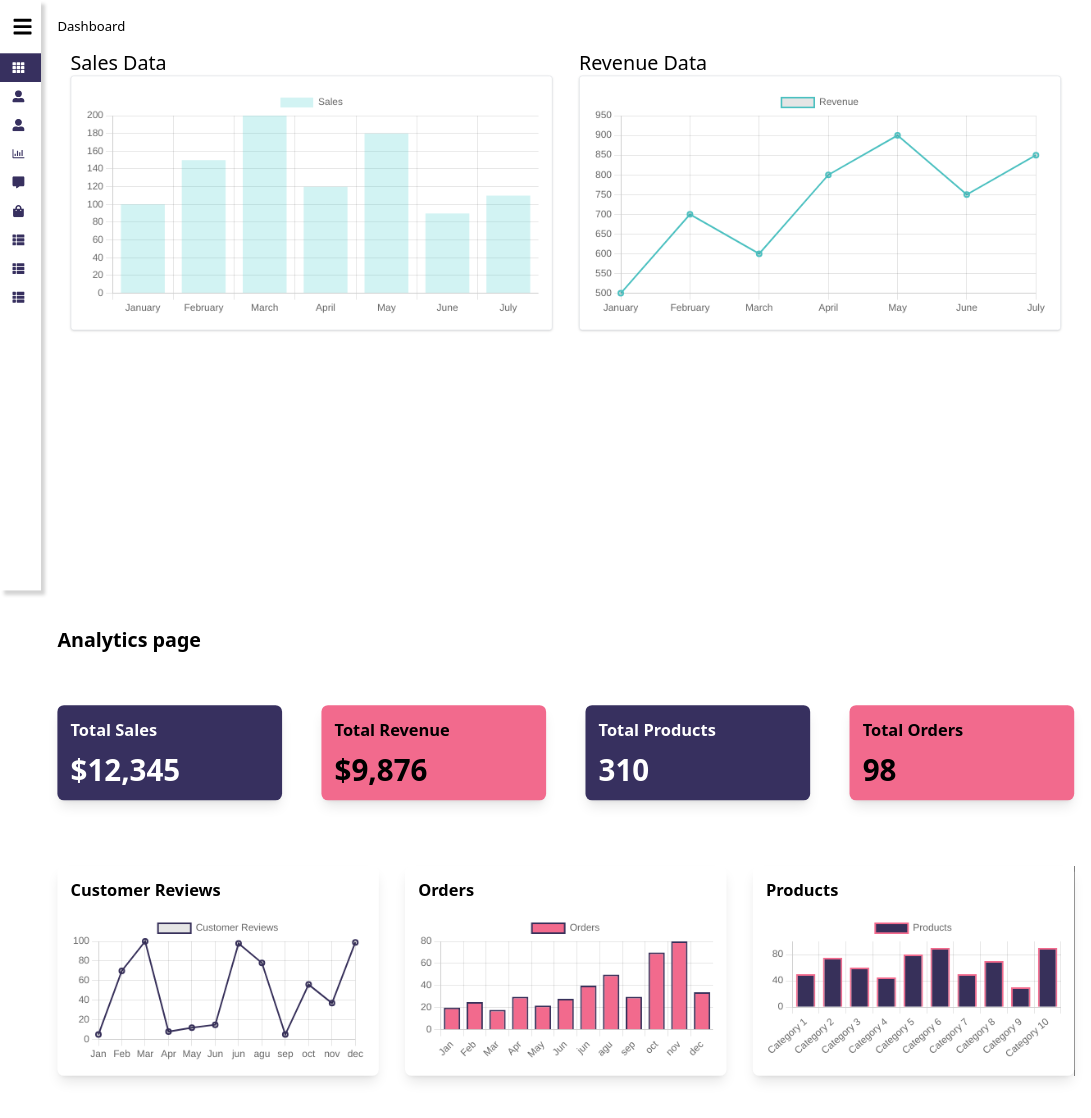
Repository: AndargWorku12/admin-dashboard
Page: /
An editor plug-in stored every save of this project. The page is shown before and after the next save, followed by the edit.
The browser window is 1280 px wide. The page is 1330 px wide, so the pictures cover 1330 px, including what lies to the right of the window. The pictures show the whole page, at 82% of full size.
The project was rebuilt for these pictures with package versions that can differ from the ones it lists, and the page was loaded fresh each time. Also part of the build but not shown: src/styles/orders.css, src/pages/OrderTable.tsx, src/pages/OrderModal.tsx, src/pages/Orders.tsx, src/pages/CategoryDropdown.tsx, src/pages/CategoryModal.tsx, src/pages/CategoryPage.tsx, src/styles/login.css and 9 more.

Above is the page before, as saved 2024-02-02 03:11:54.

### src/index.tsx
import { ColorModeScript } from "@chakra-ui/react"
import * as React from "react"
import * as ReactDOM from "react-dom/client"
import App from "./App"
import './index.css'

const container = document.getElementById("root")
if (!container) throw new Error('Failed to find the root element');
const root = ReactDOM.createRoot(container)

root.render(

  <React.StrictMode>
    <ColorModeScript />
    <App />
  </React.StrictMode>,

)

### src/App.tsx

import React, {useState} from 'react';
import { BrowserRouter, Route, Routes } from 'react-router-dom';
import Sidebar from './components/Sidebar';
import Dashboard from './pages/Dashboard';
// import SignUpForm from './pages/LoginPopup'
import Orders from './pages/Orders';
import Category from './pages/CategoryPage';
import Login from './pages/Login'
import Analytics from './pages/Analytics';
import CustemerReview from './pages/CustemerReview';
import ProductList from './pages/ProductList';
import ShopCard from './pages/ShopCard';
import './App.css'
import SignUpForm from './pages/SignUpForm';
import ForgotPassword from './pages/ForgetPassword';
import AnalyticsPage from './pages/Analytics';



type SaleData = {
  date: string;
  amount: number;
};

type RevenueData = {
  month: string;
  revenue: number;
};

type Product = {
    id: string;
    photo: string;
    name: string;
    price: number;
    category: string;
};

type Order = {
    id: string;
    productName: string;
    quantity: number;
    totalPrice: number;

};

type CategoryType = {
  id: string;
  photo:string;
  name: string;
};



// Sample props for components
type DashboardProps = {
  saleData: SaleData[];
  revenueData: RevenueData[];
  // ... other props
};

type AnalyticsProps = {
  salesData: SaleData[];
  // ... other props
};

type ProductProps = {
  products: Product[];
  onUpdate: (productId: string, updatedProduct: Product) => void;

};




type OrderProps = {
  orders: Order[];
  // ... other props
};

type CategoryProps = {
  categories: CategoryType[];
  // ... other props
};







const App: React.FC = () => {


// for the product page to handle
  const [products, setProducts] = useState<Product[]>([


    {
      id: '1',
      photo: 'https://img.ltwebstatic.com/images3_pi/2022/01/10/16417919016a32607182dd11dedeb77e8324b683e8_thumbnail_900x.webp',
      name: 'Product 1',
      price: 29.99,
      category: 'Electronics',
    },
    {
      id: '2',
      photo: 'https://img.ltwebstatic.com/images3_pi/2022/01/10/16417919016a32607182dd11dedeb77e8324b683e8_thumbnail_900x.webp',
      name: 'Product 2',
      price: 49.99,
      category: 'Clothing',
    },
    {
      id: '3',
      photo: 'https://img.ltwebstatic.com/images3_pi/2022/01/10/16417919016a32607182dd11dedeb77e8324b683e8_thumbnail_900x.webp',
      name: 'Product 3',
      price: 9.99,
      category: 'Books',
    },
    {
      id: '4',
      photo: 'https://img.ltwebstatic.com/images3_pi/2022/01/10/16417919016a32607182dd11dedeb77e8324b683e8_thumbnail_900x.webp',
      name: 'Product 4',
      price: 79.99,
      category: 'Home and Kitchen',
    },
    {
      id: '5',
      photo: 'https://img.ltwebstatic.com/images3_pi/2022/01/10/16417919016a32607182dd11dedeb77e8324b683e8_thumbnail_900x.webp',
      name: 'Product 5',
      price: 39.99,
      category: 'Toys',
    },



  ]);

  // Function to handle creating a new product
  const handleCreate = (newProduct: Product) => {
    setProducts((prevProducts) => [...prevProducts, newProduct]);
  };

  // Function to handle updating a product

  const handleUpdate = (productId: string, newName: string, newPrice: number) => {
    setProducts((prevProducts) =>
      prevProducts.map((product) =>
        product.id === productId
          ? { ...product, name: newName, price: newPrice }
          : product
      )
    );
  };



  // Function to handle deleting a product
  const handleDelete = (productId: string) => {
    setProducts((prevProducts) => prevProducts.filter((product) => product.id !== productId));
  };

//  for AnalyticsPage
// for category page


const [categories, setCategories] = useState<CategoryType[]>([
  {
    id: '1',
    photo: 'https://plus.unsplash.com/premium_photo-1661662850226-83c981ed4eba?w=500&auto=format&fit=crop&q=60&ixlib=rb-4.0.3&ixid=M3wxMjA3fDB8MHxzZWFyY2h8MXx8bGFwdG9wJTIwY29tcHV0ZXJ8ZW58MHx8MHx8fDA%3D',
    name: 'Category 1',
  },
  {
    id: '2',
    photo: 'https://plus.unsplash.com/premium_photo-1661662850226-83c981ed4eba?w=500&auto=format&fit=crop&q=60&ixlib=rb-4.0.3&ixid=M3wxMjA3fDB8MHxzZWFyY2h8MXx8bGFwdG9wJTIwY29tcHV0ZXJ8ZW58MHx8MHx8fDA%3D',
    name: 'Category 2',
  },
  {
    id: '3',
    photo: 'https://plus.unsplash.com/premium_photo-1661662850226-83c981ed4eba?w=500&auto=format&fit=crop&q=60&ixlib=rb-4.0.3&ixid=M3wxMjA3fDB8MHxzZWFyY2h8MXx8bGFwdG9wJTIwY29tcHV0ZXJ8ZW58MHx8MHx8fDA%3D',
    name: 'Category 3',
  },
  {
    id: '4',
    photo: 'https://plus.unsplash.com/premium_photo-1661662850226-83c981ed4eba?w=500&auto=format&fit=crop&q=60&ixlib=rb-4.0.3&ixid=M3wxMjA3fDB8MHxzZWFyY2h8MXx8bGFwdG9wJTIwY29tcHV0ZXJ8ZW58MHx8MHx8fDA%3D',
    name: 'Category 4',
  },

]);

// Function to handle creating a new category
// const handleCreateCategory = (newCategory: CategoryType) => {
//   setCategories((prevCategories) => [...prevCategories, newCategory]);
// };
const handleCreateCategory = (newCategory: CategoryType) => {
  // Add the new category to the list of categories
  setCategories((prevCategories) => [...prevCategories, newCategory]);
};

const handleUpdateCategory = (categoryId: string, newName: string) => {
  setCategories((prevCategories) =>
    prevCategories.map((category) =>
      category.id === categoryId ? { ...category, name: newName } : category
    )
  );
};

// Function to handle deleting a category
const handleDeleteCategory = (categoryId: string) => {
  setCategories((prevCategories) => prevCategories.filter((category) => category.id !== categoryId));
};

  const saleData: SaleData[] = [
    { date: '2022-01-01', amount: 100 },
    { date: '2022-01-02', amount: 150 },
    { date: '2022-01-03', amount: 200 },
    { date: '2022-01-04', amount: 120 },
    { date: '2022-01-05', amount: 180 },
    { date: '2022-01-06', amount: 90 },
    { date: '2022-01-07', amount: 110 },
    { date: '2022-01-08', amount: 130 },
    { date: '2022-01-09', amount: 170 },
    { date: '2022-01-10', amount: 160 },
  ];

  const revenueData: RevenueData[] = [
    { month: 'January', revenue: 500 },
    { month: 'February', revenue: 700 },
    { month: 'March', revenue: 600 },
    { month: 'April', revenue: 800 },
    { month: 'May', revenue: 900 },
    { month: 'June', revenue: 750 },
    { month: 'July', revenue: 850 },
    { month: 'August', revenue: 950 },
    { month: 'September', revenue: 700 },
    { month: 'October', revenue: 850 },
  ];


   const [orders, setOrders] = useState<Order[]>([
    {
      id: '1',
      productName: 'Laptop',
      quantity: 2,
      totalPrice: 2000,
    },
    {
      id: '2',
      productName: 'Smartphone',
      quantity: 3,
      totalPrice: 1200,
    },
    {
      id: '3',
      productName: 'Headphones',
      quantity: 1,
      totalPrice: 100,
    },
    {
      id: '4',
      productName: 'Camera',
      quantity: 1,
      totalPrice: 800,
    },

   ]);

  // Function to create a new order
  const handleCreateOrder = (newOrder: Order) => {
    setOrders((prevOrders) => [...prevOrders, newOrder]);
  };

  // Function to delete an order
  const handleDeleteOrder = (orderId: string) => {
    const updatedOrders = orders.filter(order => order.id !== orderId);
    setOrders(updatedOrders);
  };

  // Function to update an order
  const handleUpdateOrder = (orderId: string, updatedOrder: Order) => {
    // Placeholder implementation: Updating the order in the list
    setOrders((prevOrders) =>
      prevOrders.map((order) =>
        order.id === orderId ? { ...order, ...updatedOrder } : order
      )
    );
  };

  return (
    <div>
    <BrowserRouter>
    <Sidebar>
      <Routes>
        <Route path="/" element={<Dashboard saleData={saleData} revenueData={revenueData}  />} />
        <Route path="/dashboard" element={<Dashboard saleData={saleData} revenueData={revenueData}  />} />
       <Route path="/login" element={<Login/>}/>
       <Route path='/forget-password' element={<ForgotPassword/>}/>
        <Route path="/signup" element={<SignUpForm />} />
        <Route path="/review"element={<CustemerReview username="John" joinedDate="2022-01-01" reviewDate="2022-01-15" reviewText="Lorem ipsum" />}
/>

        <Route path="/analytics" element={<Analytics  />} />
        <Route
  path="/product"
  element={<ProductList />}
/>
        <Route path="/shop" element={<ShopCard />} />
        <Route
        path="/orders"
        element={
          <Orders
/>
        }
      />

        <Route
            path="/category"
            element={<Category />}
          />

      </Routes>
    </Sidebar>
  </BrowserRouter>
  </div>
  );
};

export default App;

### src/components/Sidebar.tsx
import React, { useState } from 'react';
import ReactNode from "react";
import {
    FaTh,
    FaBars,
    FaUserAlt,
    FaRegChartBar,
    FaCommentAlt,
    FaShoppingBag,
    FaThList
} from 'react-icons/fa';
import { NavLink, NavLinkProps } from 'react-router-dom';



interface MenuItem {
    path: string;
    name: string;
    icon: JSX.Element;
}

interface SidebarProps {
  children: React.ReactNode;
}
    const Sidebar: React.FC<React.PropsWithChildren<{}>> = ({ children }) => {
    const [isOpen, setIsOpen] = useState(false);

    const toggle = () => setIsOpen(!isOpen);

    const menuItems: MenuItem[] = [
        {
            path: '/',
            name: 'Dashboard',
            icon: <FaTh />,
        },
        {
            path: '/login',
            name: 'Login',
            icon: <FaUserAlt />,
        },
        {
          path: '/signup',
          name: 'Register form',
          icon: <FaUserAlt />,
      },
        {
            path: '/analytics',
            name: 'Analytics',
            icon: <FaRegChartBar />,
        },
        {
            path: '/review',
            name: 'CustemerReview',
            icon: <FaCommentAlt />,
        },
        {
            path: '/product',
            name: 'Product',
            icon: <FaShoppingBag />,
        },
        {
            path: '/category',
            name: 'Category List',
            icon: <FaThList />,
        },
        {
          path: '/orders',
          name: 'Orders',
          icon: <FaThList />,
      },
      {
        path: '/shop',
        name: 'Sample product',
        icon: <FaThList />,
    },
    ];

    return (
        <div className="container">
            <div style={{ width: isOpen ? '200px' : '50px' }} className="sidebar">
                <div className="top_section">
                    <h1 style={{ display: isOpen ? 'block' : 'none' }} className="logo">
                        Logo
                    </h1>
                    <div style={{ marginLeft: isOpen ? '50px' : '0px' }} className="bars">
                        <FaBars onClick={toggle} />
                    </div>
                </div>
                {menuItems.map((item, index) => (
                    <NavLink to={item.path} key={index} className="link"
                    //  activeClassName="active"
                     >
                        <div className="icon">{item.icon}</div>
                        <div style={{ display: isOpen ? 'block' : 'none' }} className="link_text text-sm">
                            {item.name}
                        </div>
                    </NavLink>
                ))}
            </div>
            <main>{children}</main>
        </div>
    );
};

export default Sidebar;

### src/pages/Dashboard.tsx
import React from 'react';
import { Bar, Line } from 'react-chartjs-2';
import {
  Chart as ChartJS,
  CategoryScale,
  LinearScale,
  BarElement,
  PointElement,
  LineElement,
  Title,
  Tooltip,
  Legend,
} from 'chart.js';
import AnalyticsPage from './Analytics';

ChartJS.register(
  CategoryScale,
  LinearScale,
  BarElement,
  PointElement,
  LineElement,
  Title,
  Tooltip,
  Legend
);
// import Chart from 'chart.js/auto';
// Assuming saleData and revenueData are custom types
type SaleData = {
  date: string;
  amount: number;
};

type RevenueData = {
  month: string;
  revenue: number;
};

interface DashboardProps {
  saleData: SaleData[];
  revenueData: RevenueData[];
}

const Dashboard: React.FC<DashboardProps> = ({ saleData, revenueData }) => {
  const barChartData = {
    labels: ['January', 'February', 'March', 'April', 'May', 'June', 'July'],
    datasets: [
      {
        label: 'Sales',
        data: saleData.map((data) => data.amount),
        backgroundColor: 'rgba(34,192,192,0.2)',



      },
    ],
  };

  const lineChartData = {
    labels: ['January', 'February', 'March', 'April', 'May', 'June', 'July'],
    datasets: [
      {
        label: 'Revenue',
        data: revenueData.map((data) => data.revenue),
        fill: false,
        borderColor: 'rgba(75,192,192,1)',
        borderWidth: 2,
        //some thing


      },
    ],
  };

  return (
    <div>
      <h2>Dashboard</h2>
<div className="flex h-screen">
      <div className="flex-1 max-w-screen-md p-4">
        <h3 className="text-2xl">Sales Data</h3>
        <div className="border p-4 bg-white rounded shadow">
        <Bar data={barChartData} />
      </div>
      </div>

      <div className="flex-1 max-w-screen-md p-4">
        <h3 className="text-2xl">Revenue Data</h3>
        <div className="border p-4 bg-white rounded shadow" >
        <Line data={lineChartData} />
        </div>
      </div>
      </div>
      <div>
      <AnalyticsPage/>
      </div>
    </div>
  );
};

export default Dashboard;











// import React from 'react';
// import { Bar, Line } from 'react-chartjs-2';

// interface DashboardProps {
//   saleData: saleData[];
//   revenueData: revenueData[];
// }

// const Dashboard: React.FC<DashboardProps> = ({ saleData, revenueData }) => {
//   const barChartData = {
//     labels: ['January', 'February', 'March', 'April', 'May', 'June', 'July'],
//     datasets: [
//       {
//         label: 'Sales',
//         data: saleData,
//         backgroundColor: 'rgba(75,192,192,0.2)',
//         borderColor: 'rgba(75,192,192,1)',
//         borderWidth: 1,
//       },
//     ],
//   };

//   const lineChartData = {
//     labels: ['January', 'February', 'March', 'April', 'May', 'June', 'July'],
//     datasets: [
//       {
//         label: 'Revenue',
//         data: revenueData,
//         fill: false,
//         borderColor: 'rgba(75,192,192,1)',
//         borderWidth: 2,
//       },
//     ],
//   };

//   return (
//     <div>
//       <h2>Dashboard</h2>

//       <div>
//         <h3>Sales Data</h3>
//         <Bar data={barChartData} />
//       </div>

//       <div>
//         <h3>Revenue Data</h3>
//         <Line data={lineChartData} />
//       </div>
//     </div>
//   );
// };

// export default Dashboard;

### src/pages/Analytics.tsx

// Install dependencies:
// npm install react-chartjs-2 chart.js

import React from 'react';
import { Bar, Line } from 'react-chartjs-2';
import '../styles/analytics.css'
const AnalyticsPage: React.FC = () => {
  // Sample data
  const customerReviewData = {
    labels: ['Jan', 'Feb', 'Mar', 'Apr', 'May', 'Jun','jun','agu','sep','oct','nov','dec'],
    datasets: [
      {
        label: 'Customer Reviews',
        data: [5, 70, 100, 8, 12, 15,98,78,5,56,37,99],
        borderColor: '#37305A',
        borderWidth: 2,
        fill: false,
      },
    ],
  };

  const ordersData = {
    labels: ['Jan', 'Feb', 'Mar', 'Apr', 'May', 'Jun','jun','agu','sep','oct','nov','dec'],
    datasets: [
      {
        label: 'Orders',
        data: [20, 25, 18, 30, 22, 28,40,50,30,70,80,34],
        backgroundColor: '#F26A8D',
        borderColor: '#37305A',
        borderWidth: 2,
      },
    ],
  };

  const productsData = {
    labels: ['Category 1', 'Category 2', 'Category 3', 'Category 4', 'Category 5','Category 6','Category 7','Category 8','Category 9','Category 10'],
    datasets: [
      {
        label: 'Products',
        data: [50, 75, 60, 45, 80,90,50,70,30,90],
        backgroundColor: '#37305A',
        borderColor: '#F26A8D',
        borderWidth: 2,

      },
    ],
  };

  return (
    <>
    <h2 className='text-black font-bold text-2xl mb-16'>Analytics page</h2>

    <div className="col-span-4 md:col-span-2 lg:col-span-1 flex justify-between gap-8 mb-20 ">
          <div className="card1 p-4 rounded-lg shadow-lg flex-1 mr-4">
            <h2 className="text-xl font-bold mb-4">Total Sales</h2>
            <p className="text-4xl font-bold">$12,345</p>
          </div>
                {/* <div className='gap-8 col-span-3 md:col-span-2 lg:col-span-1 flex justify-between w-48'> */}
          <div className=" card2 p-4 rounded-lg shadow-lg flex-1 mr-4">
            <h2 className="text-xl font-bold mb-4">Total Revenue</h2>
            <p className="text-4xl font-bold">$9,876</p>
          </div>



          <div className="card1 p-4 rounded-lg shadow-lg flex-1 mr-4">
            <h2 className="text-xl font-bold mb-4">Total Products</h2>
            <p className="text-4xl font-bold">310</p>
          </div>


          <div className="card2 p-4 rounded-lg shadow-lg flex-1">
            <h2 className="text-xl font-bold mb-4">Total Orders</h2>
            <p className="text-4xl font-bold">98</p>
          </div>
          {/* <div className="bg-white p-4 rounded-lg shadow-lg flex-1">
            <h2 className="text-xl font-bold mb-4">Total Categories</h2>
            <p className="text-4xl font-bold">15</p>
          </div> */}
          {/* </div> */}
        </div>
    <div className="container mx-auto my-8 ">

      <div className=" chart grid grid-cols-1 md:grid-cols-2 lg:grid-cols-3 gap-8 w-screen ">
        {/* Customer Reviews Chart */}
        <div className="bg-white p-4 rounded-lg shadow-lg ">
          <h2 className="text-xl font-bold mb-4">Customer Reviews</h2>
          <Line data={customerReviewData} />
        </div>

        {/* Orders Chart */}
        <div className=" bg-white p-4 rounded-lg shadow-lg">
          <h2 className="text-xl font-bold mb-4">Orders</h2>
          <Bar data={ordersData} />
        </div>

        {/* Products Chart */}
        <div className="  bg-white p-4 rounded-lg shadow-lg ">
          <h2 className="text-xl font-bold mb-4">Products</h2>
          <Bar data={productsData} />
        </div>

        {/* Total Metrics Cards */}
        {/* <div className='col-span-3 md:col-span-2 lg:col-span-1 flex justify-between gap-10'> */}


        {/* <div className="col-span-3 md:col-span-2 lg:col-span-1 flex justify-between gap-8 w-48">
          <div className="bg-white p-4 rounded-lg shadow-lg flex-1 mr-4">
            <h2 className="text-xl font-bold mb-4">Total Reviews</h2>
            <p className="text-4xl font-bold">135</p>
          </div>




        </div> */}


        {/* </div> */}
      </div>
    </div>
    </>
  );
};

export default AnalyticsPage;

### src/App.css
* {
    margin: 0;
    padding: 0;
    text-decoration: none;
    /* background: #fff; */
    /* color: #fff; */
    /* background: #0e1630 */
    /* background-color: #0e1630; */
}

.container {
    display: flex;
}

main {
    width: 100%;
    padding: 20px;
}

.sidebar {
    background: #fff;
    /* background: #0e1630; */
    box-shadow: 5px 5px 4px rgb(212, 212, 212);
    color: #000;
    height: 100vh;
    width: 200px;
    transition: all 0.5s;
}

.top_section {
    display: flex;
    align-items: center;
    padding: 20px 15px;
}

.logo {
    font-size: 30px;
}

.bars {
    display: flex;
    font-size: 25px;
    margin-left: 50px;
}

.link {
    display: flex;
    color: #37305F;
    padding: 10px 15px;
    gap: 15px;
    transition: all 0.5s;
}

.link:hover {
    background: #37305F;
    color: #fff;
    transition: all 0.5s;
}

.active {
    background: #37305F;
    color: #fff;
}

.icon,
.link_text {
    font-size: 15px;
}

### src/styles/analytics.css
.card1 {
    background: #37305F;
    color: #fff;
}

.card2 {
    background: #F26A8D;
    color: black;
}

.chart {
    box-shadow: 0.5px 0.5px 0.5px gray;
}


/*
.customer {
    width: 50%;
}

.orders {
    width: 50%;
} */

Loaded but not shown: public/index.html (common file); src/index.css (common file); tailwind.config.js (common file)

After the next save:
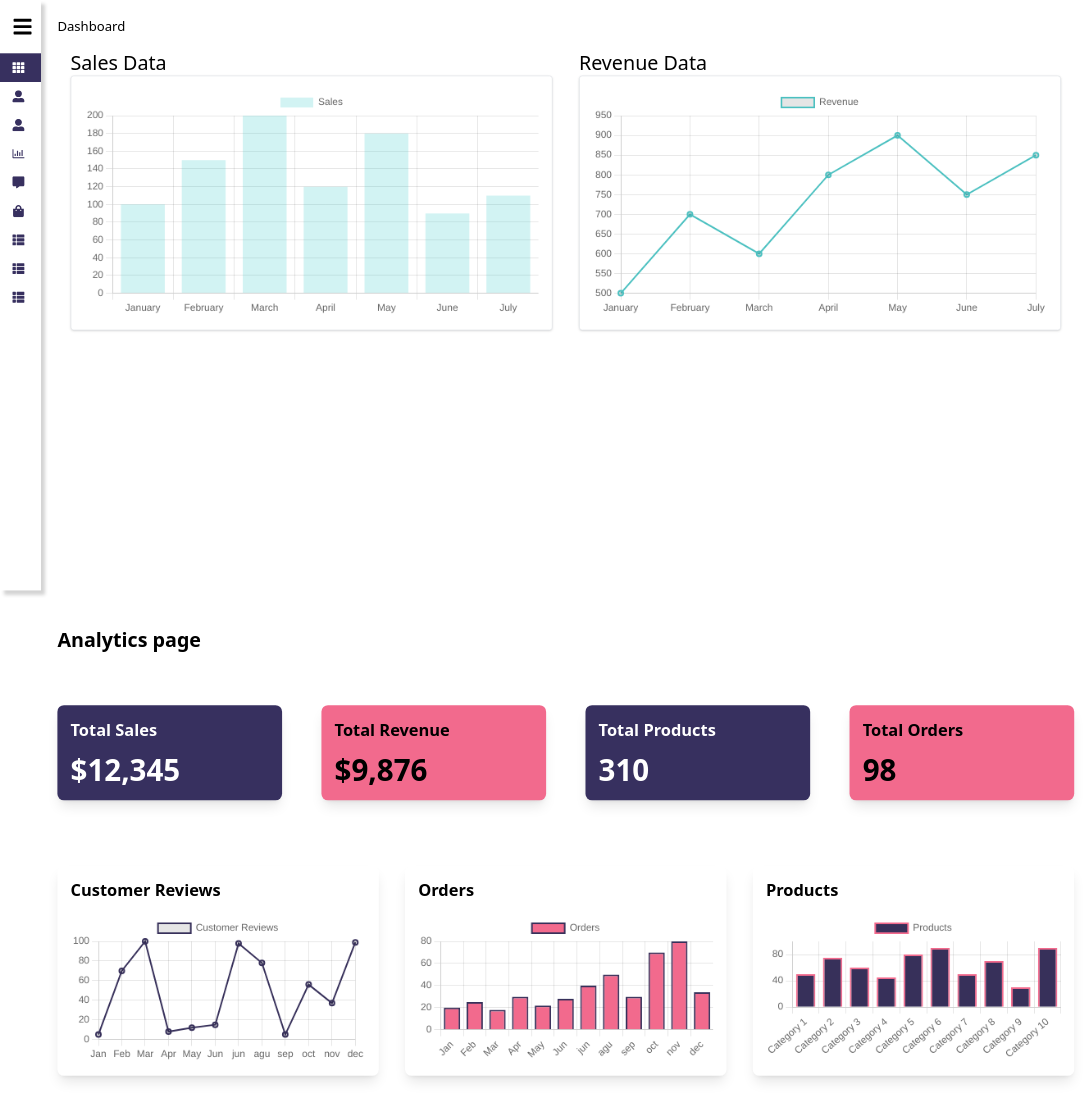
Saved 40 s later.
--- a/src/styles/analytics.css
+++ b/src/styles/analytics.css
@@ -8,9 +8,10 @@
     color: black;
 }
 
-.chart {
+
+/* .chart {
     box-shadow: 0.5px 0.5px 0.5px gray;
-}
+} */
 
 
 /*
